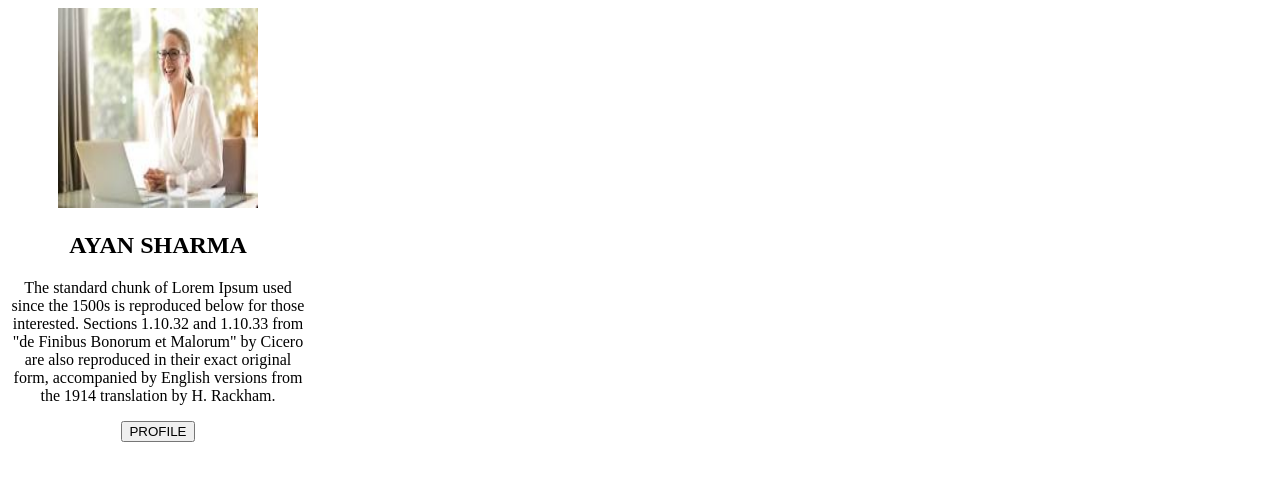
Repository: arindamslt/JEECoding
Page: JEE_FRONTEND/src/main/webapp/08CardCSS.html
An editor plug-in stored every save of this project. The page is shown before and after the next save, followed by the edit.
The browser window is 1280 px wide. The pictures show the whole page.

Above is the page before, as saved 2025-07-15 05:59:47.

### JEE_FRONTEND/src/main/webapp/08CardCSS.html
<!DOCTYPE html>
<html>
<head>
<meta charset="ISO-8859-1">
<title>CARD DESIGN</title>
<style>
	#card{
		width: 300px;
		text-align: center;
	}
</style>
</head>
<body>
	<div id="card">
<img src="data:[embedded picture, 7459 characters]"
width="200px"
height="200px"
alt="NO IMAGE"/>
<h2>AYAN SHARMA</h2>
<p>The standard chunk of Lorem Ipsum used since the 1500s is reproduced below for those interested. Sections 1.10.32 and 1.10.33 from "de Finibus Bonorum et Malorum" by Cicero are also reproduced in their exact original form, accompanied by English versions from the 1914 translation by H. Rackham.</p>
<button>PROFILE</button>
</div>
</body>
</html>

After the next save:
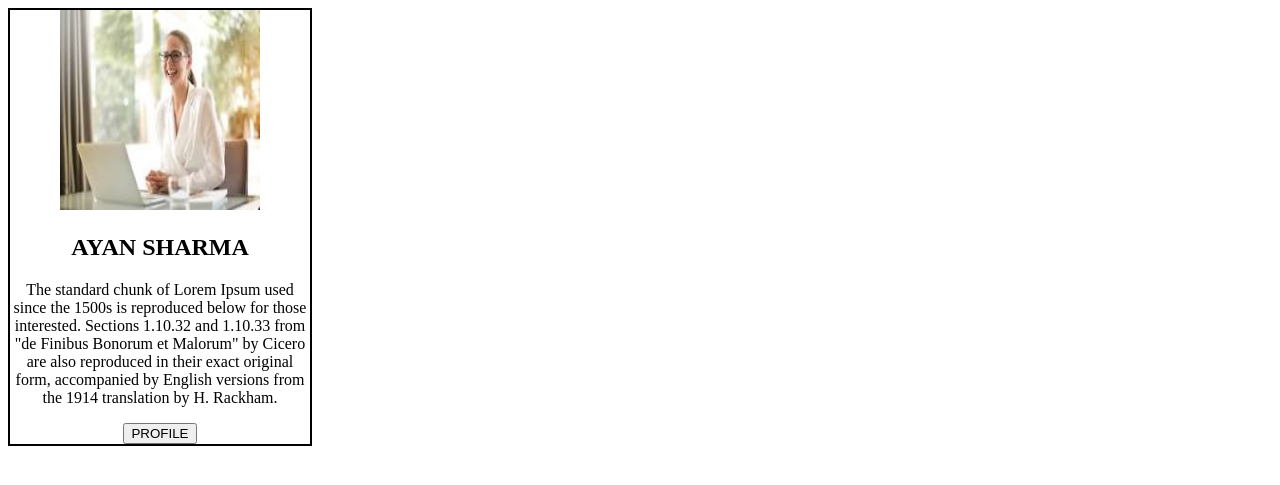
Saved 41 s later.
--- a/JEE_FRONTEND/src/main/webapp/08CardCSS.html
+++ b/JEE_FRONTEND/src/main/webapp/08CardCSS.html
@@ -7,6 +7,7 @@
 	#card{
 		width: 300px;
 		text-align: center;
+		border:2px solid black;
 	}
 </style>
 </head>
